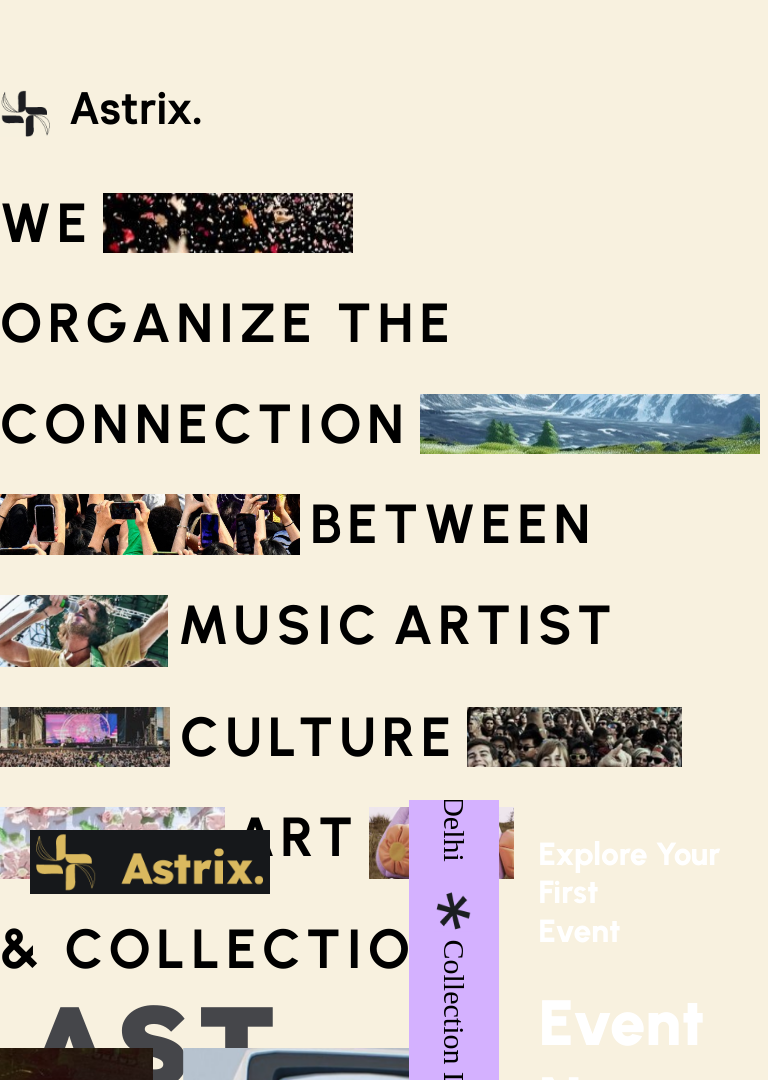
Repository: sharma171/astrix
Page: /
These files come from the project's save history. The page is drawn as it stood at one moment and after the next save; the edit follows.
The browser window is 768 px wide. The pictures show the whole page.
Some web fonts or font styles are not loaded; a fallback is used. The project was rebuilt for these pictures with package versions that can differ from the ones it lists, and the page was loaded fresh each time.

Above is the page before, as saved 2024-05-20 21:00:42.

After the next save:
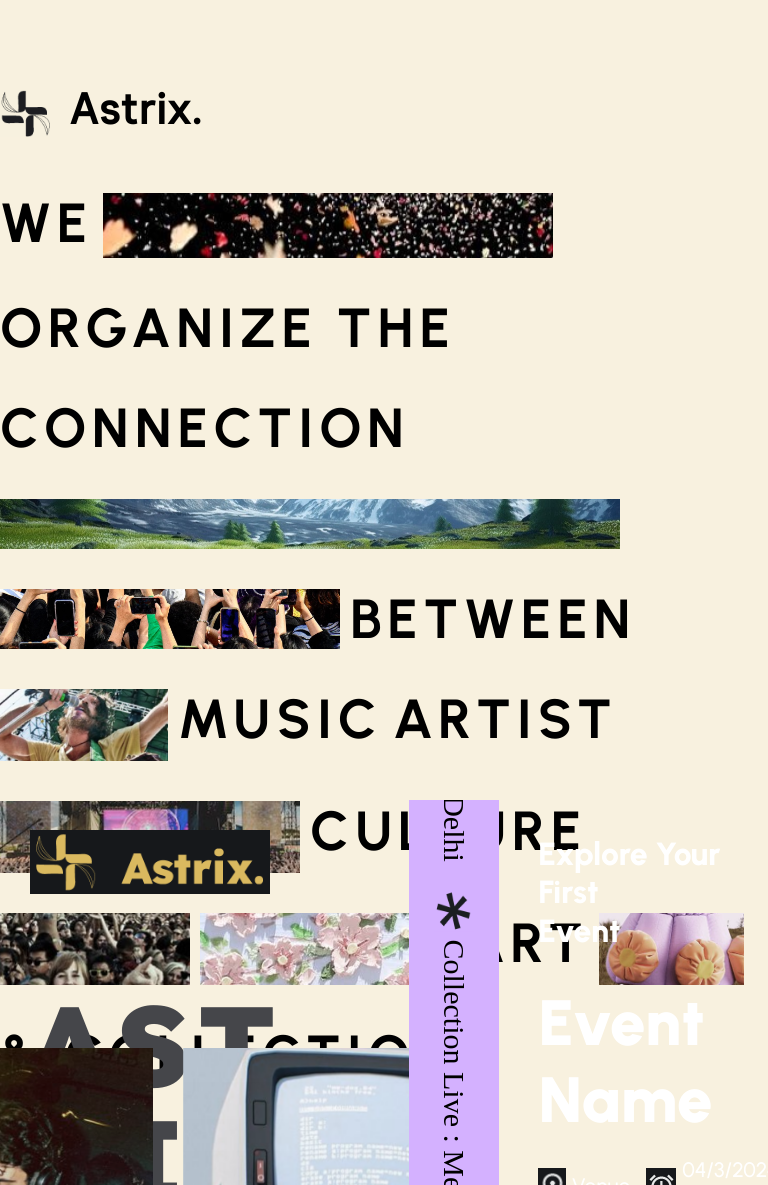
Saved 114 s later.
--- a/src/component/hero-overlay/css/hero.css
+++ b/src/component/hero-overlay/css/hero.css
@@ -241,6 +241,56 @@
         width: 255px;
     }
 }
+@media (max-width: 1000px) {
+    .floating-hero .hero-anim .hero-image:nth-child(2) {
+        animation-name: tshero-first;
+        animation-duration: 9s;
+        animation-timing-function: ease-in-out;
+        animation-iteration-count: infinite;
+        animation-delay: 2s;
+        width: 450px;
+    }
+    .floating-hero .hero-anim .hero-image:nth-child(5) {
+        animation-name: tshero-second;
+        animation-duration: 9s;
+        animation-timing-function: ease-in-out;
+        animation-iteration-count: infinite;
+        animation-delay: 2s;
+        width: 620px;
+    }
+    .floating-hero .hero-anim .hero-image:nth-child(6) {
+        animation-name: tshero-third;
+        animation-duration: 9s;
+        animation-timing-function: ease-in-out;
+        animation-iteration-count: infinite;
+        animation-delay: 2s;
+        width: 340px;
+    }
+    .floating-hero .hero-anim .hero-image:nth-child(11) {
+        animation-name: tshero-four;
+        animation-duration: 9s;
+        animation-timing-function: ease-in-out;
+        animation-iteration-count: infinite;
+        animation-delay: 2s;
+        width: 300px;
+    }
+    .floating-hero .hero-anim .hero-image:nth-child(13) {
+        animation-name: tshero-fifth;
+        animation-duration: 9s;
+        animation-timing-function: ease-in-out;
+        animation-iteration-count: infinite;
+        animation-delay: 2s;
+        width: 190px;
+    }
+    .floating-hero .hero-anim .hero-image:nth-child(14) {
+        animation-name: tshero-sixth;
+        animation-duration: 9s;
+        animation-timing-function: ease-in-out;
+        animation-iteration-count: infinite;
+        animation-delay: 2s;
+        width: 255px;
+    }
+}
 @keyframes sshero-first {
     0% {
         width: 400px;
